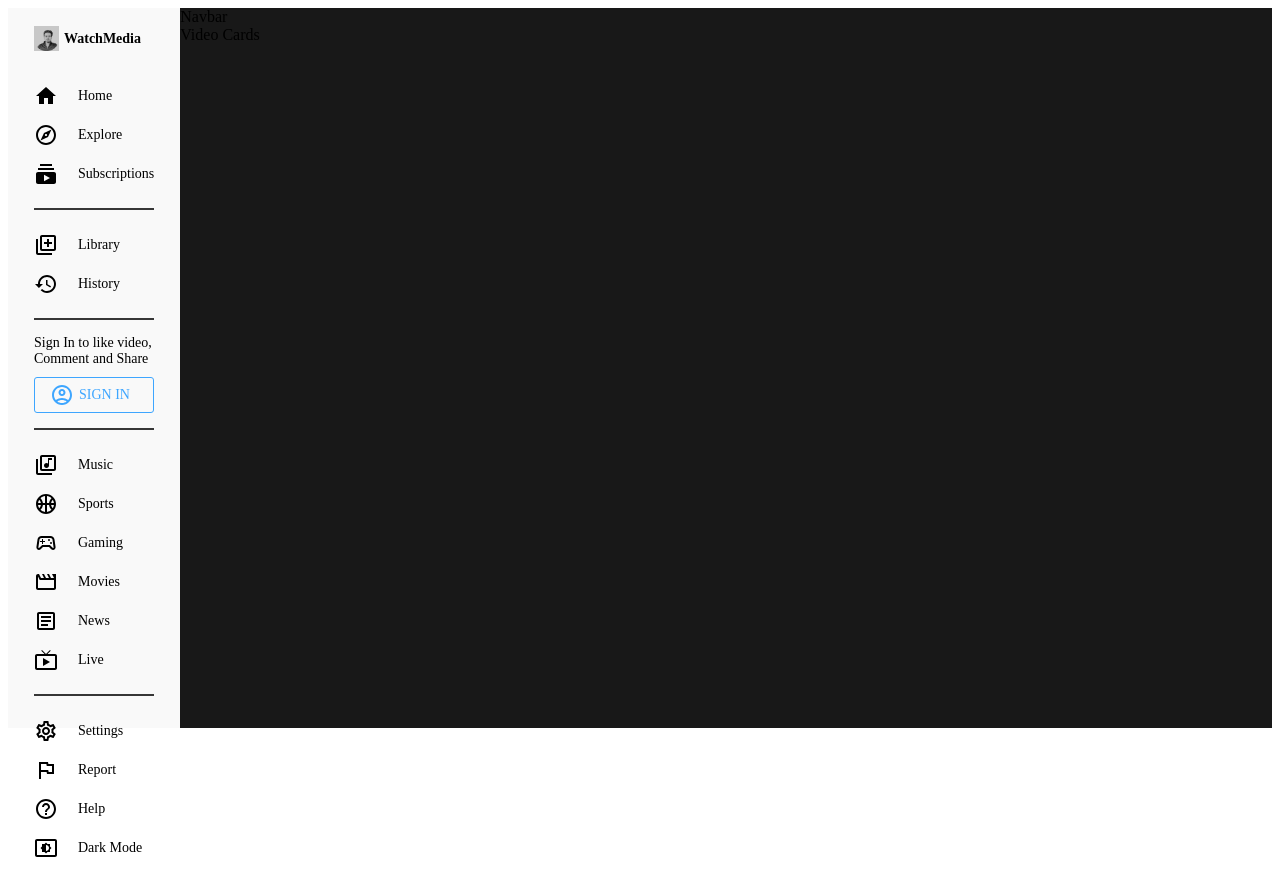
Repository: inzamamahmad3/final-year-project-skeleton
Page: /
The author's editor kept a copy of each file at every save. The page is drawn from the files as they stood at one save, then again after the next save.
The browser window is 1280 px wide. The pictures show the whole page.
The project was rebuilt for these pictures with package versions that can differ from the ones it lists, and the page was loaded fresh each time.

Above is the page before, as saved 2023-07-18 11:14:04.

### src/App.js
import styled, { ThemeProvider } from "styled-components";
import Menu from "./components/Menu";
import Navbar from "./components/Navbar";
import { darkTheme, lightTheme } from "./utils/Theme";

const Container = styled.div`
  display: flex;
`;
const Main = styled.div`
  flex: 7;
  background-color: #181818;
`;
const Wrapper = styled.div``;

function App() {
  return (
    <>
      <ThemeProvider theme={lightTheme}>
        <Container>
          <Menu />
          <Main>
            <Navbar />
            <Wrapper>Video Cards</Wrapper>
          </Main>
        </Container>
      </ThemeProvider>
    </>
  );
}

export default App;

### src/components/Menu.jsx
import React from "react";
import styled from "styled-components";
import watch from "../img/pic.png";
import HomeIcon from "@mui/icons-material/Home";
import ExploreOutlinedIcon from "@mui/icons-material/ExploreOutlined";
import SubscriptionsIcon from "@mui/icons-material/Subscriptions";
import LibraryAddOutlinedIcon from "@mui/icons-material/LibraryAddOutlined";
import HistoryOutlinedIcon from "@mui/icons-material/HistoryOutlined";
import LibraryMusicOutlinedIcon from "@mui/icons-material/LibraryMusicOutlined";
import SportsEsportsOutlinedIcon from "@mui/icons-material/SportsEsportsOutlined";
import SportsBasketballOutlinedIcon from "@mui/icons-material/SportsBasketballOutlined";
import MovieOutlinedIcon from "@mui/icons-material/MovieOutlined";
import ArticleOutlinedIcon from "@mui/icons-material/ArticleOutlined";
import LiveTvOutlinedIcon from "@mui/icons-material/LiveTvOutlined";
import AccountCircleOutlinedIcon from "@mui/icons-material/AccountCircleOutlined";
import SettingsOutlinedIcon from "@mui/icons-material/SettingsOutlined";
import FlagOutlinedIcon from "@mui/icons-material/FlagOutlined";
import HelpOutlineOutlinedIcon from "@mui/icons-material/HelpOutlineOutlined";
import SettingsBrightnessOutlinedIcon from "@mui/icons-material/SettingsBrightnessOutlined";
import { Link } from "react-router-dom";

const Container = styled.div`
  flex: 1;
  background-color: ${({ theme }) => theme.bg};
  height: 100vh;
  color: ${({ theme }) => theme.text};
  font-size: 14px;
  position: sticky;
  top: 0;
`;

const Wrapper = styled.div`
  padding: 18px 26px;
`;

const Logo = styled.div`
  display: flex;
  align-items: center;
  gap: 5px;
  font-weight: bold;
  margin-bottom: 25px;
`;

const Item = styled.div`
  display: flex;
  align-items: center;
  gap: 20px;
  cursor: pointer;
  padding: 7.5px 0px;
`;

const Img = styled.img`
  height: 25px;
`;

const Hr = styled.hr`
  margin: 15px 0px;
  border: 0.5px solid #373737;
`;

const Login = styled.div``;
const Button = styled.div`
  padding: 5px 15px;
  background-color: transparent;
  border: 1px solid #3ea6ff;
  color: #3ea6ff;
  border-radius: 3px;
  font-weight: 500;
  margin-top: 10px;
  cursor: pointer;
  display: flex;
  align-items: center;
  gap: 5px;
`;

function Menu() {
  return (
    <Container>
      <Wrapper>
        <Logo>
          <Img src={watch} />
          WatchMedia
        </Logo>
        <Item>
          <HomeIcon />
          Home
        </Item>
        <Item>
          <ExploreOutlinedIcon />
          Explore
        </Item>
        <Item>
          <SubscriptionsIcon />
          Subscriptions
        </Item>
        <Hr />
        <Item>
          <LibraryAddOutlinedIcon />
          Library
        </Item>
        <Item>
          <HistoryOutlinedIcon />
          History
        </Item>
        <Hr />
        <Login>
          Sign In to like video, Comment and Share
          <Button>
            {" "}
            <AccountCircleOutlinedIcon /> SIGN IN
          </Button>
        </Login>
        <Hr />
        <Item>
          <LibraryMusicOutlinedIcon />
          Music
        </Item>
        <Item>
          <SportsBasketballOutlinedIcon />
          Sports
        </Item>
        <Item>
          <SportsEsportsOutlinedIcon />
          Gaming
        </Item>
        <Item>
          <MovieOutlinedIcon />
          Movies
        </Item>
        <Item>
          <ArticleOutlinedIcon />
          News
        </Item>
        <Item>
          <LiveTvOutlinedIcon />
          Live
        </Item>
        <Hr />
        <Item>
          <SettingsOutlinedIcon />
          Settings
        </Item>
        <Item>
          <FlagOutlinedIcon />
          Report
        </Item>
        <Item>
          <HelpOutlineOutlinedIcon />
          Help
        </Item>
        <Item>
          <SettingsBrightnessOutlinedIcon />
          Dark Mode
        </Item>
      </Wrapper>
    </Container>
  );
}

export default Menu;

### src/utils/Theme.js
export const darkTheme = {
  bg: "#181818",
  bgLighter: "#202020",
  text: "white",
  textSoft: "#aaaaaa",
  soft: "#373737",
};
export const lightTheme = {
  bg: "#f9f9f9",
  bgLighter: "white",
  text: "black",
  textSoft: "#606060",
  soft: "#f5f5f5",
};

Loaded but not shown: public/index.html (common file); src/index.js (common file); src/components/Navbar.jsx (common file)

After the next save:
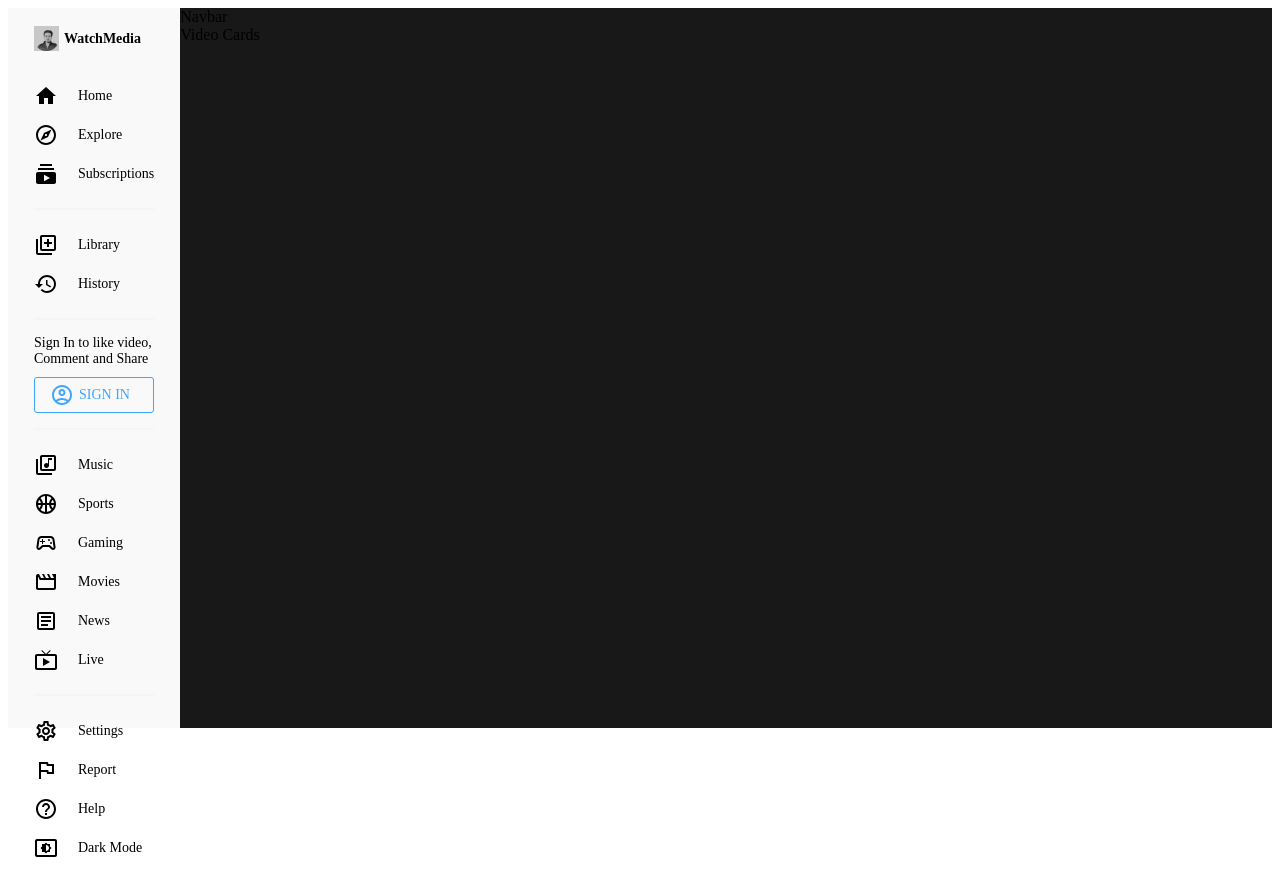
Saved 55 s later.
--- a/src/components/Menu.jsx
+++ b/src/components/Menu.jsx
@@ -55,7 +55,7 @@ const Img = styled.img`
 
 const Hr = styled.hr`
   margin: 15px 0px;
-  border: 0.5px solid #373737;
+  border: 0.5px solid ${({ theme }) => theme.soft};
 `;
 
 const Login = styled.div``;
